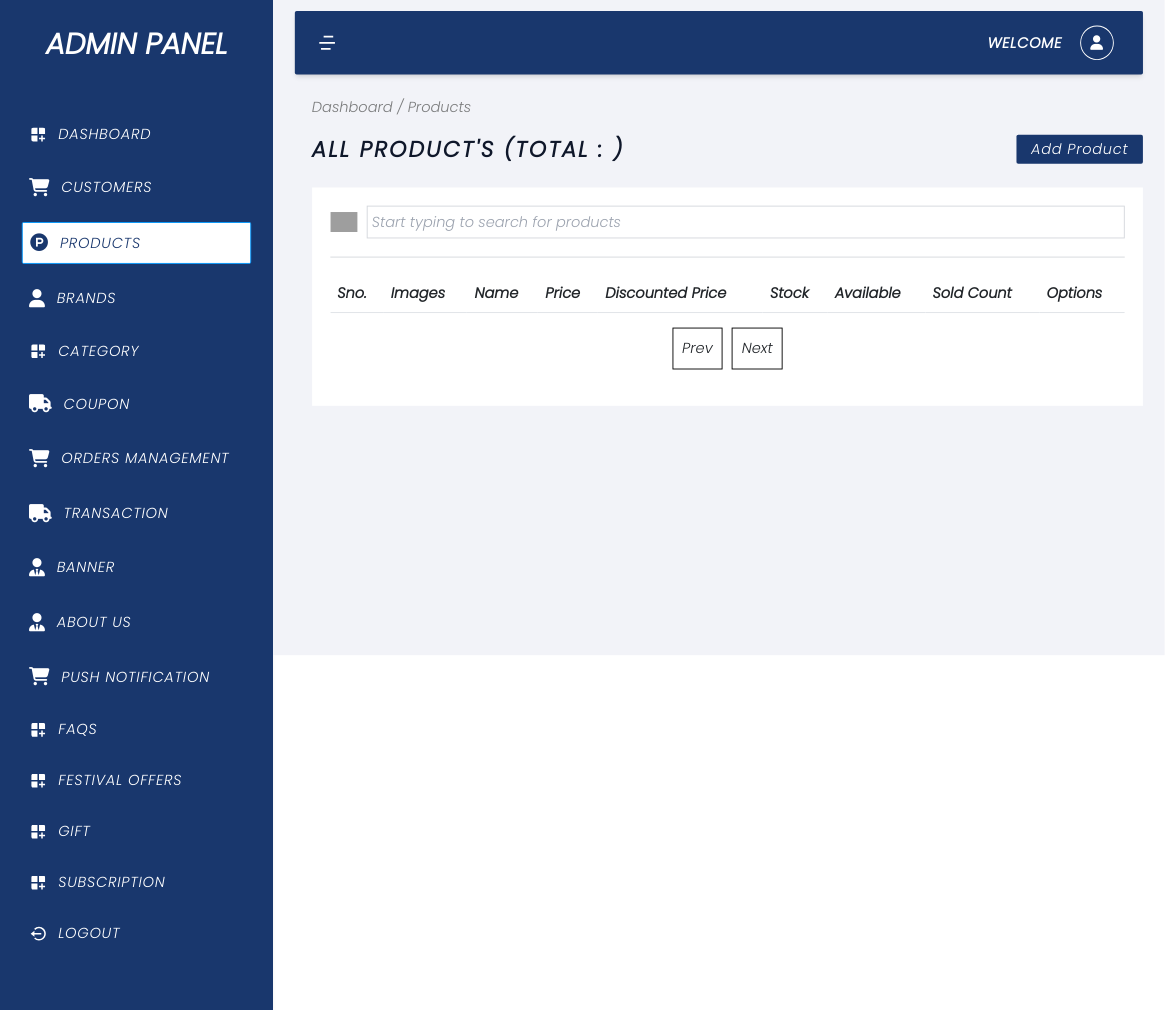
Repository: FlyweisReact/AnilAdminPanel
Page: /Product
An editor plug-in stored every save of this project. The page is shown before and after the next save, followed by the edit.
The browser window is 1280 px wide. The pictures show the whole page, at 91% of full size.
Pictures or frames that could not be fetched are drawn as grey boxes. The page's requests for data from a server got no answer. Some web libraries are served in a nearby version. The project was rebuilt for these pictures with package versions that can differ from the ones it lists, and the page was loaded fresh each time. No one was signed in, and anything a server would have sent is missing. Also part of the build but not shown: src/E-CommerceAdmin/forms/Login.jsx, src/E-CommerceAdmin/pages/Dashboard.jsx, src/E-CommerceAdmin/pages/ECategory.js, src/E-CommerceVendor/forms/EVendorLogin.jsx, src/E-CommerceAdmin/pages/EVendorList.js, src/E-CommerceAdmin/pages/EAdminOrders.js, src/E-CommerceAdmin/pages/EAdminProduct.js, src/E-CommerceAdmin/pages/EAdminDelivery.js and 11 more. Imported but missing from the stored project, and not drawn on this page: src/E-CommerceVendor/pages/EVCategory, src/E-CommerceVendor/pages/EVDashboard, src/E-CommerceVendor/pages/EVOrders, src/E-CommerceVendor/pages/EVProduct, src/E-CommerceVendor/pages/EVSubCategory.

Above is the page before, as saved 2023-05-04 13:12:44.

After the next save:
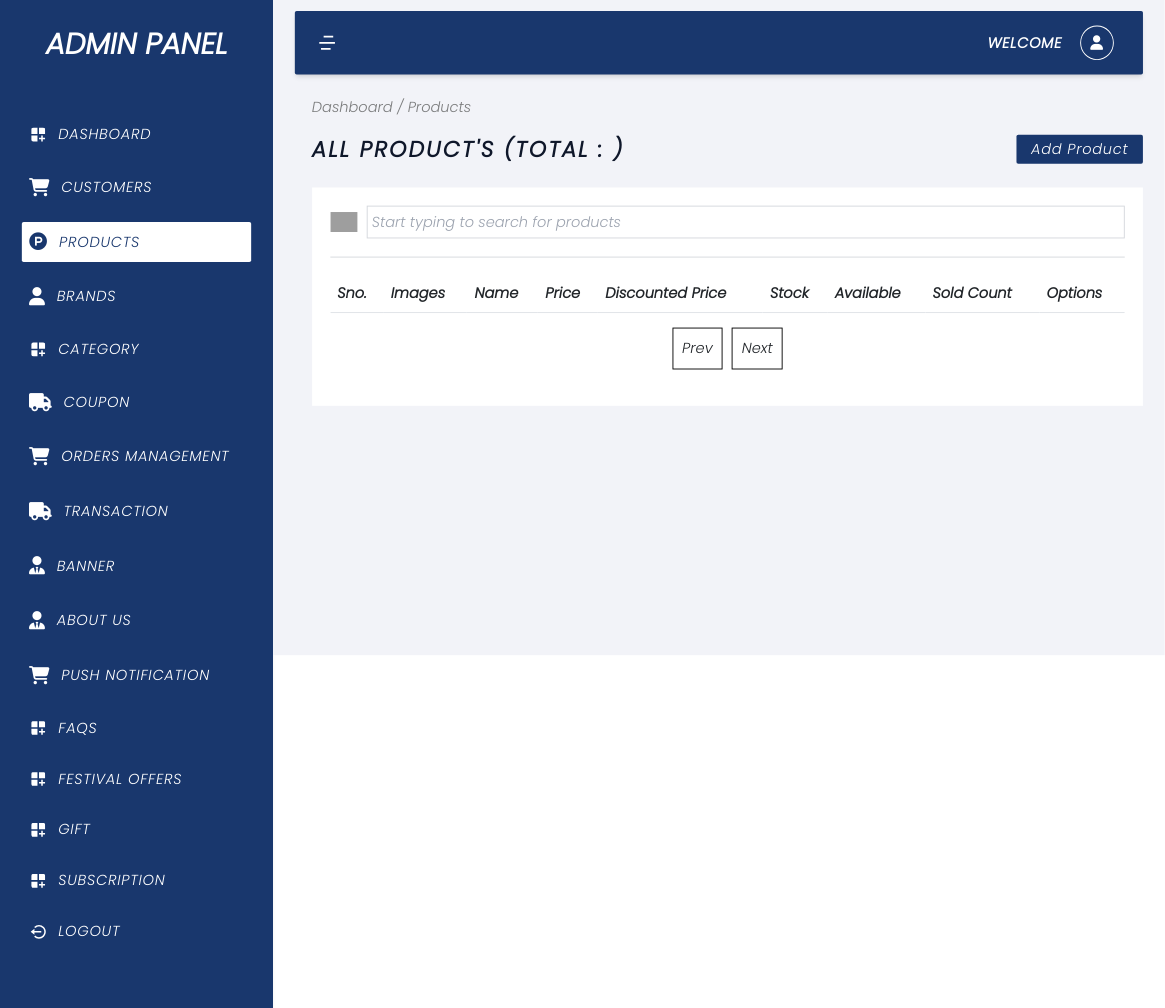
Saved 7 s later.
--- a/src/index.css
+++ b/src/index.css
@@ -400,7 +400,7 @@ margin-bottom: 20px;
   padding: 10px;
 }
 
-.active{
+.activePage{
   background-color: #029aff;
   color: #fff;
   border: 1px solid #029aff  !important;
